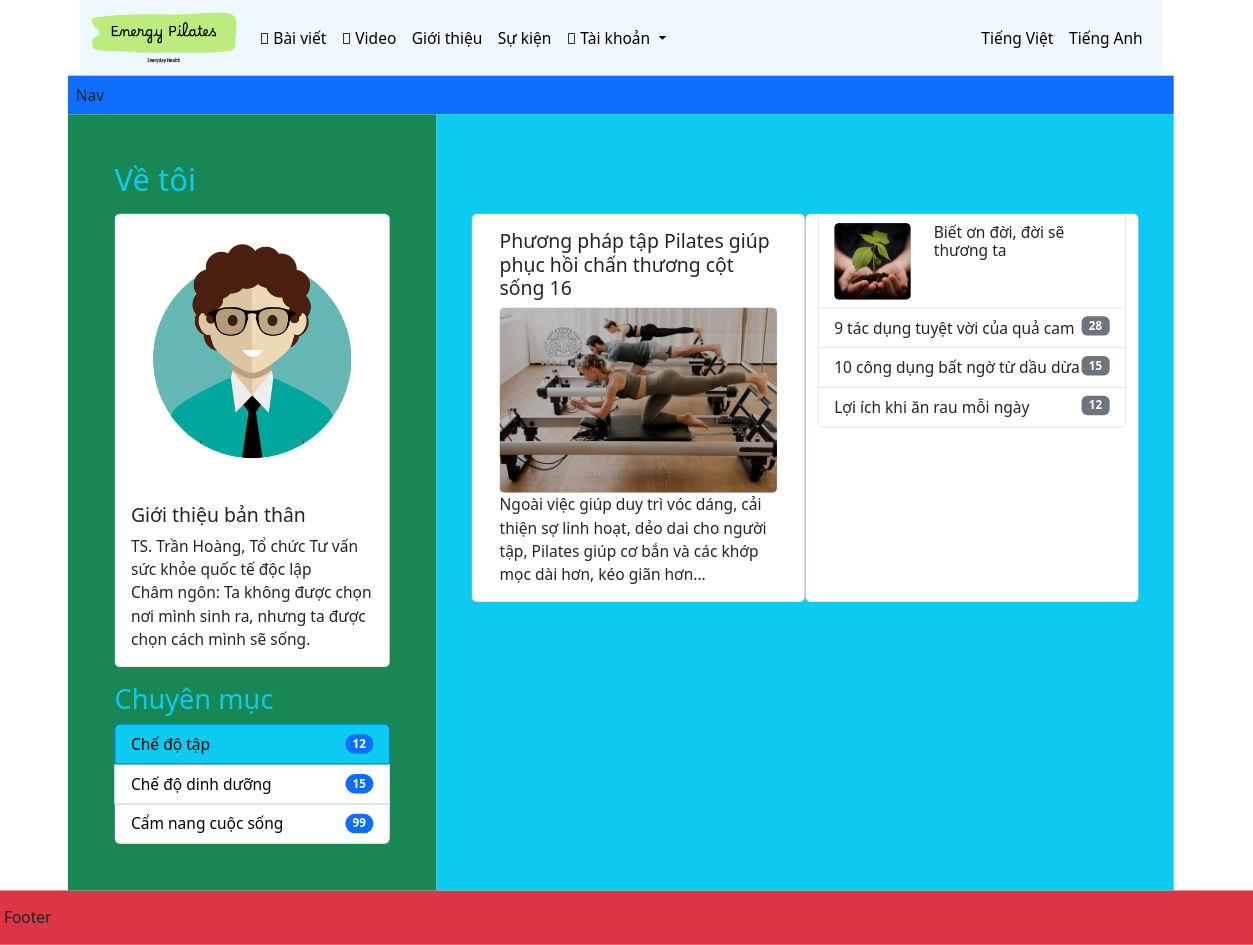
Repository: KizukoHeiwa/SOF308
Page: Lab1/index.html
These files come from the project's save history. The page is drawn as it stood at one moment and after a run of saves; the edit follows.
The browser window is 1280 px wide. The page is 1292 px wide, so the pictures cover 1292 px, including what lies to the right of the window. The pictures show the whole page, at 97% of full size.

Above is the page before, as saved 2024-10-31 10:36:21.

After the next 3 saves:
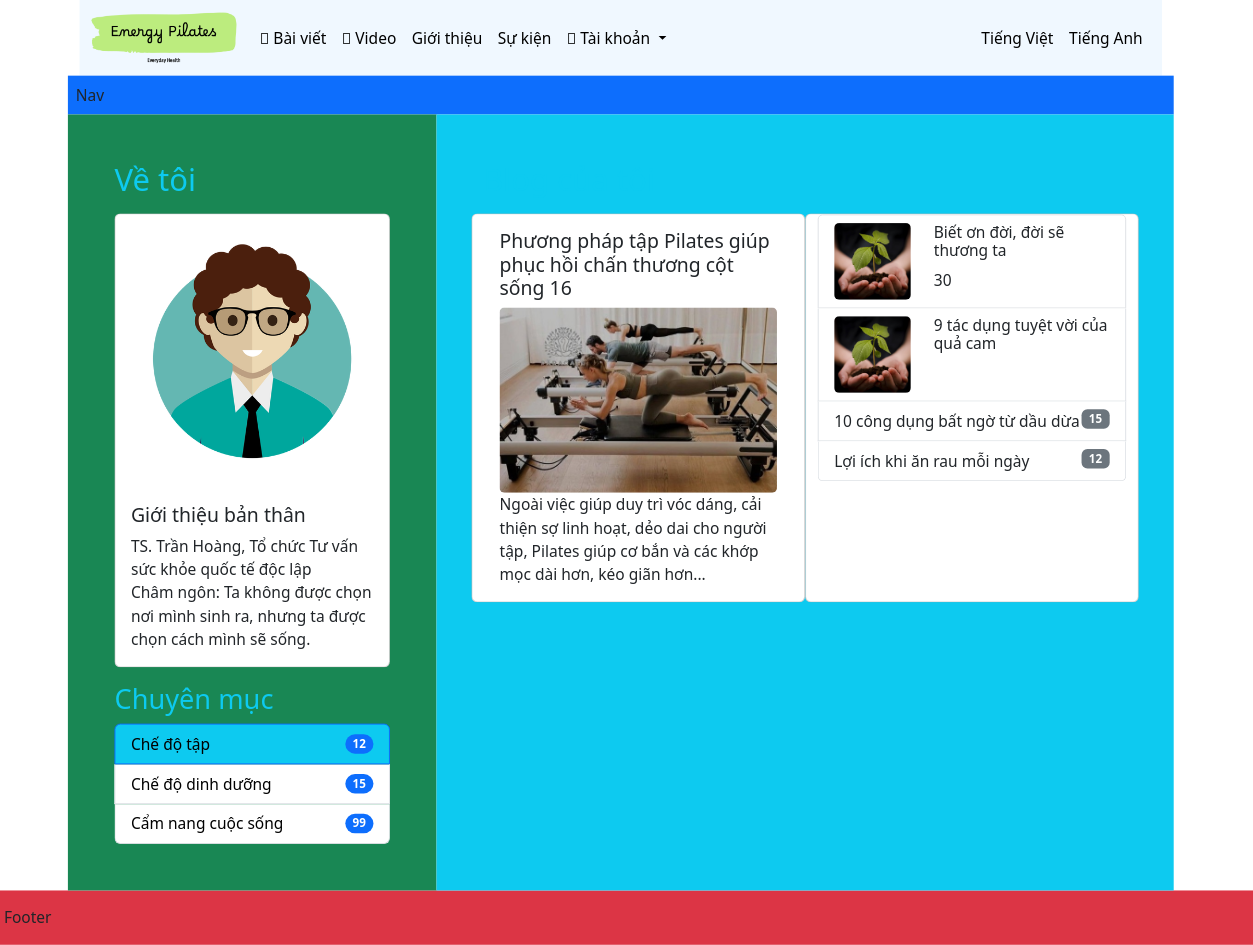
The 3 saves are shown as one change because they came seconds apart.
The last was saved 25 s later.
--- a/Lab1/index.html
+++ b/Lab1/index.html
@@ -121,12 +121,19 @@
                                         </div>
                                         <div class="col-8">
                                             <h6>Biết ơn đời, đời sẽ thương ta</h6>
+                                            30
                                         </div>
                                     </div>
                                 </li>
                                 <li class="list-group-item d-flex justify-content-between align-items-start">
-                                    9 tác dụng tuyệt vời của quả cam
-                                    <span class="badge bg-secondary">28</span>
+                                    <div class="row">
+                                        <div class="col-4">
+                                            <img src="img/corevalue.jpg" alt="" class="card-img">
+                                        </div>
+                                        <div class="col-8">
+                                            <h6>9 tác dụng tuyệt vời của quả cam</h6>
+                                        </div>
+                                    </div>
                                 </li>
                                 <li class="list-group-item d-flex justify-content-between align-items-start">
                                     10 công dụng bất ngờ từ dầu dừa
